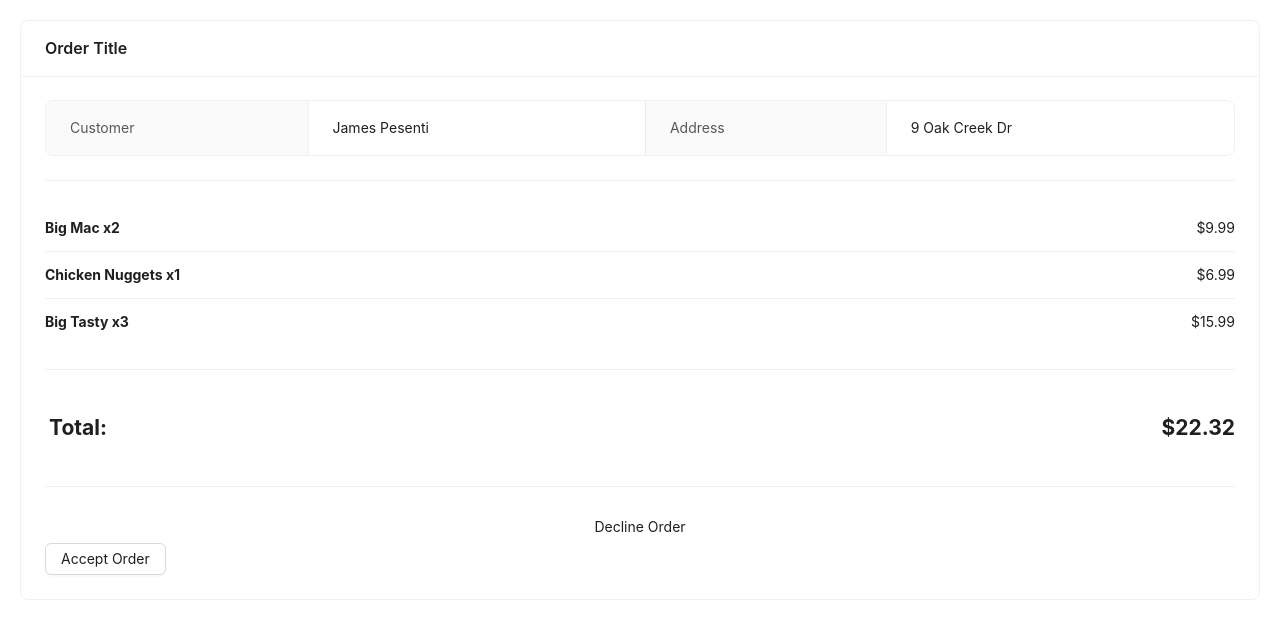
Repository: JamesPesenti/UberEatsDashboard
Page: /
An editor plug-in stored every save of this project. The page is shown before and after the next save, followed by the edit.
The browser window is 1280 px wide. The pictures show the whole page.
The project was rebuilt for these pictures with package versions that can differ from the ones it lists, and the page was loaded fresh each time.

Above is the page before, as saved 2023-02-25 07:04:49.

### src/index.js
import React from 'react';
import ReactDOM from 'react-dom/client';
import './index.css';
import App from './App';
// import "antd/dist/antd.css"


const root = ReactDOM.createRoot(document.getElementById('root'));
root.render(
  <React.StrictMode>
    <App />
  </React.StrictMode>
);

### src/App.js
import { Card, Descriptions, Divider, List, Button } from "antd"
import dishes from "../src/data/dishes.json"


function App() {
  return (
    <>
      <Card title={'Order Title'} style={{ margin: 20, marginVertical: 50}}>
        <Descriptions bordered column={{lg: 1, md: 1, sm: 1}}>
          <Descriptions.Item label="Customer">James Pesenti</Descriptions.Item>
          <Descriptions.Item label="Address">9 Oak Creek Dr</Descriptions.Item>
        </Descriptions>
        <Divider />
        <List
          dataSource={dishes}
          renderItem={(dishItem) => (
            <List.Item>
              <div style={{fontWeight: "bold"}}>{dishItem.name} x{dishItem.quantity}</div>
              <div>${dishItem.price}</div>
            </List.Item>
          )}
        />
        <Divider />
        <div style={styles.totalContainer}>
          <h2>Total:</h2>
          <h2 style={styles.totalPrice}>$22.32 </h2>
        </div>
        <Divider />
        <div style={styles.buttonContainer}>
            <Button block type="danger">
              Decline Order
            </Button>
            <Button>
              Accept Order
            </Button>
        </div>
      </Card>
    </>
  );
}

const styles = {
  totalContainer: {
    flexDirection: "row",
    display: "flex",
    paddingLeft: 4
  },
  totalPrice: {
    marginLeft: "auto",
    fontWeight: "bold"
  },
  buttonContainer: {},
}

export default App;

Loaded but not shown: public/index.html (common file); src/index.css (common file); src/data/dishes.json (common file)

After the next save:
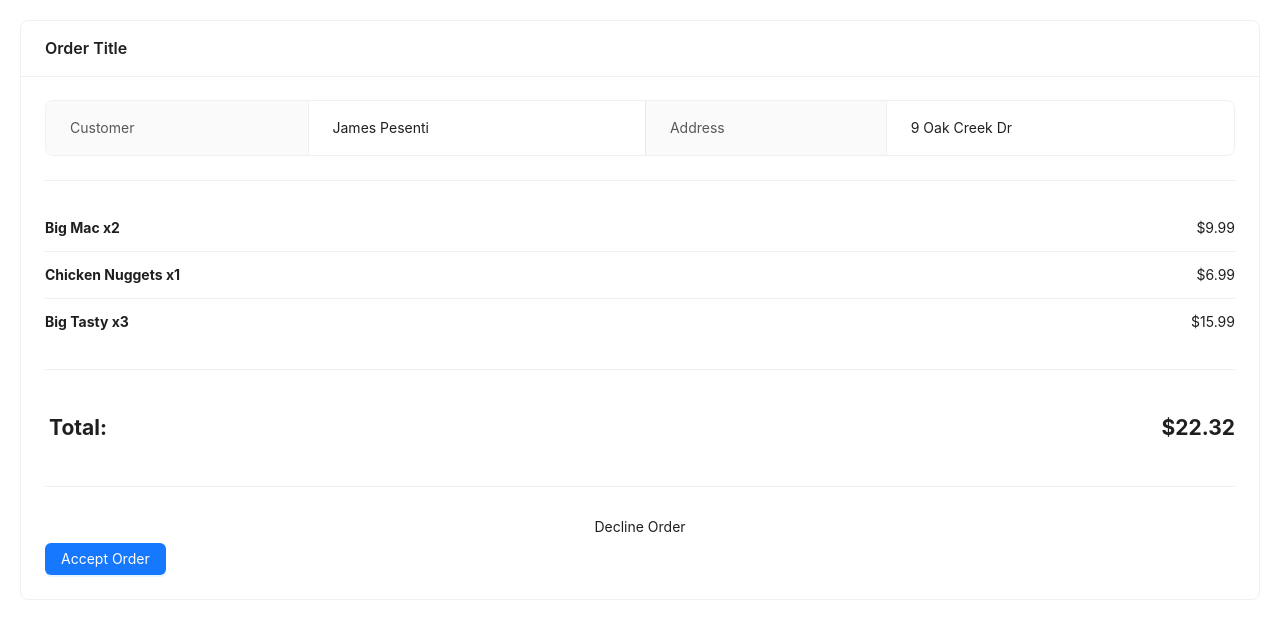
Saved 30 s later.
--- a/src/App.js
+++ b/src/App.js
@@ -30,7 +30,7 @@ function App() {
             <Button block type="danger">
               Decline Order
             </Button>
-            <Button>
+            <Button type="primary">
               Accept Order
             </Button>
         </div>
